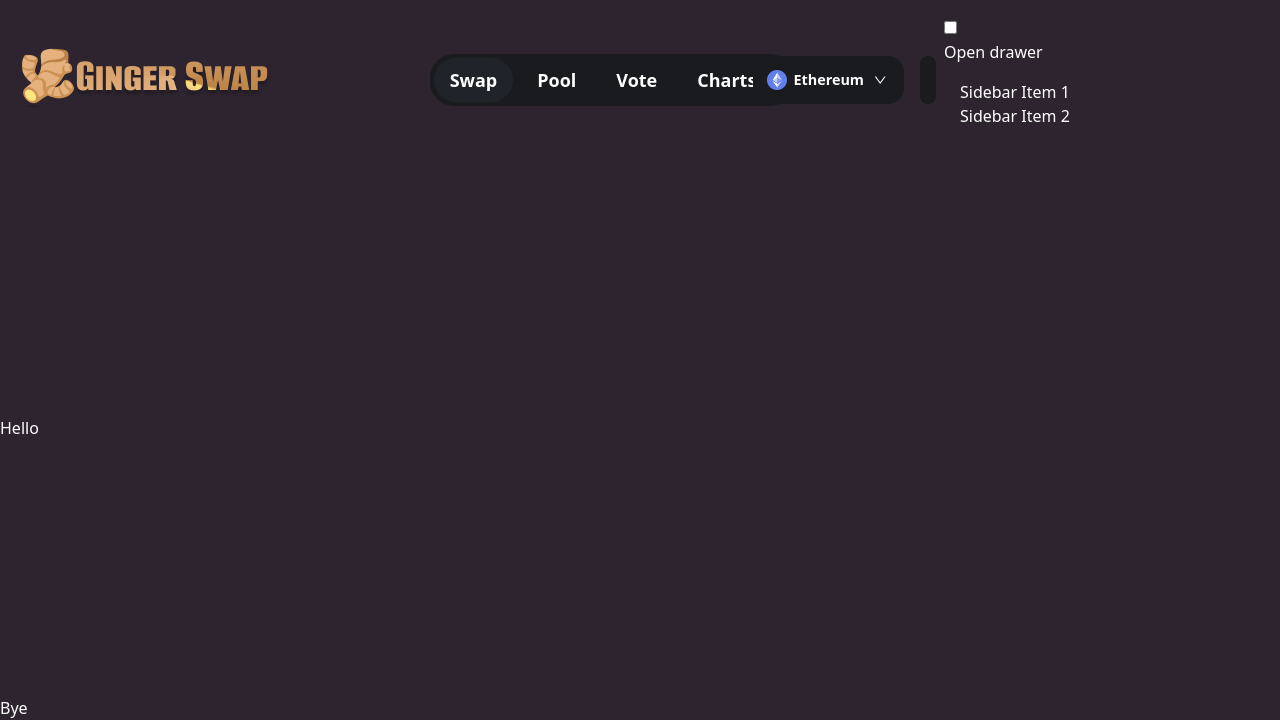
Repository: Ahmed-Gelle/defi-app
Page: / (app in client/)
These files come from the project's save history. The page is drawn as it stood at one moment and after a run of saves; the edit follows.
The browser window is 1280 px wide. The pictures show the whole page.
The project was rebuilt for these pictures with package versions that can differ from the ones it lists, and the page was loaded fresh each time. The framework's server and built-in components were replaced by stand-ins that run in the browser. Also part of the build but not shown: client/next.config.js.

Above is the page before, as saved 2022-11-23 16:07:36.

After the next 2 saves:
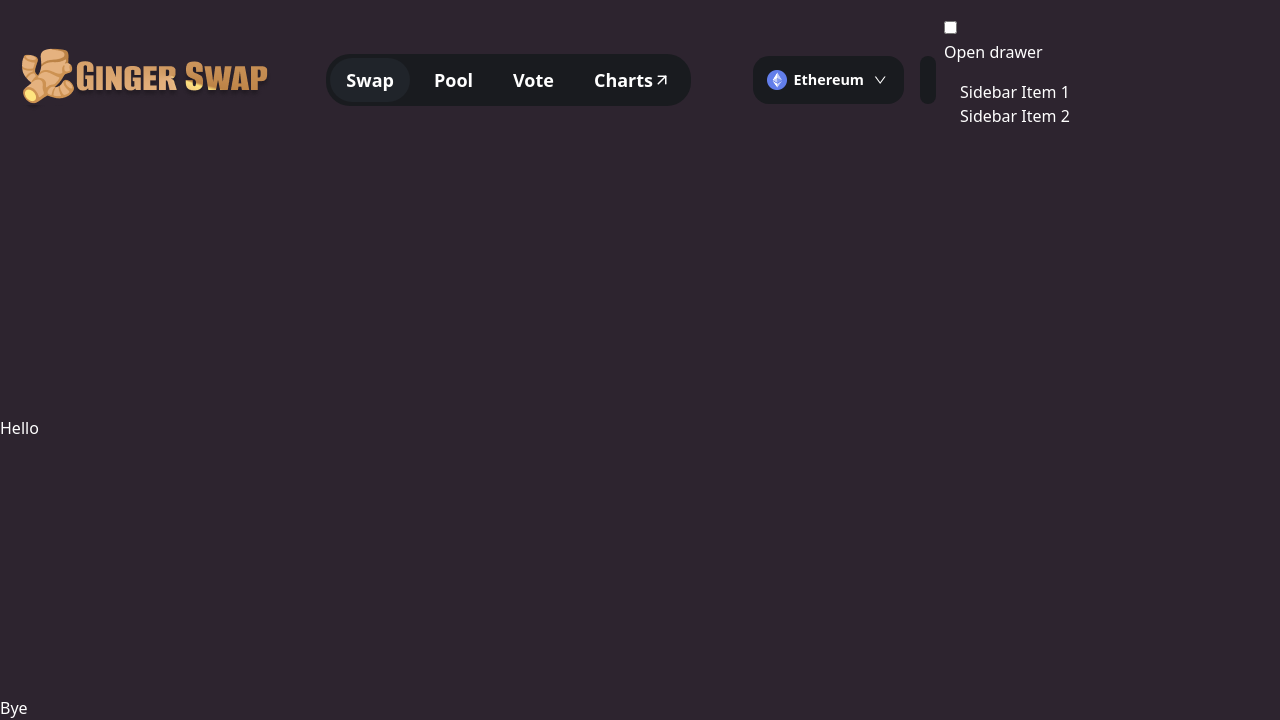
The 2 saves are shown as one change because they came seconds apart.
The last was saved 2 min 57 s later.
--- a/client/components/Header/styles.ts
+++ b/client/components/Header/styles.ts
@@ -5,7 +5,7 @@
     navItemsContainer: `flex bg-[#191B1F] rounded-3xl`,
     navItem: `px-4 py-2 m-1 flex items-center text-lg font-semibold text-[0.9rem] cursor-pointer rounded-3xl`,
     activeNavItem: `bg-[#20242A]`,
-    buttonsContainer: `flex w-1/4 justify-end items-center`,
+    buttonsContainer: `flex justify-end items-center`,
     button: `flex items-center bg-[#191B1F] rounded-2xl mx-2 text-[0.9rem] font-semibold cursor-pointer`,
     buttonPadding: `p-2`,
     buttonTextContainer: `h-8 flex items-center`,
